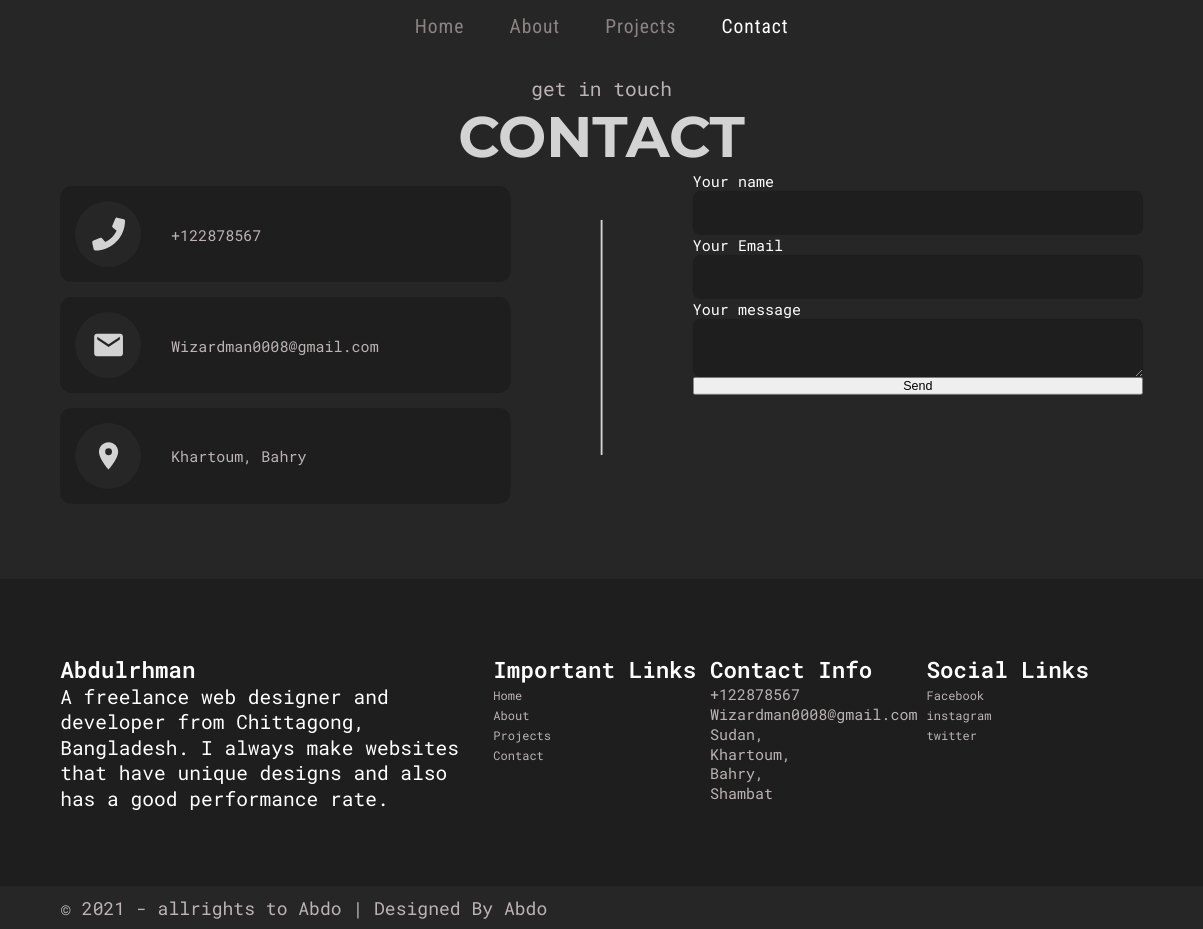
Repository: Abdoulrhman-altyeb/React-Typescript
Page: /contact
An editor plug-in stored every save of this project. The page is shown before and after a run of saves, followed by the edit.
The browser window is 1280 px wide. The pictures show the whole page, at 94% of full size.
The project was rebuilt for these pictures with package versions that can differ from the ones it lists, and the page was loaded fresh each time. Also part of the build but not shown: src/components/Button.tsx, src/components/ContactButton.tsx, src/components/HeroSection.tsx, src/components/AboutSection.tsx, src/assits/data/Services.ts, src/components/ServiceItems.tsx, src/components/ServicesSection.tsx, src/components/ProjectsSection.tsx and 3 more.

Above is the page before, as saved 2021-05-20 17:56:19.

### public/index.html
<!DOCTYPE html>
<html lang="en">

<head>
  <meta charset="utf-8" />
  <meta name="viewport" content="width=device-width, initial-scale=1" />
  <meta name="theme-color" content="#000000" />
  <meta name="description" content="IT Guys Community" />
  <link rel="preconnect" href="https://fonts.gstatic.com">
  <link href="https://fonts.googleapis.com/css2?family=Roboto:wght@300;400;500;700&display=swap" rel="stylesheet">
  <link rel="preconnect" href="https://fonts.gstatic.com">
<link href="https://fonts.googleapis.com/css2?family=Montserrat:wght@200;300;400;500;700&display=swap" rel="stylesheet">
<link rel="preconnect" href="https://fonts.gstatic.com">
<link href="https://fonts.googleapis.com/css2?family=Roboto+Mono:wght@200;300;400;500;600&display=swap" rel="stylesheet">
<link rel="preconnect" href="https://fonts.gstatic.com">
<link href="https://fonts.googleapis.com/css2?family=Roboto+Condensed:wght@400;700&display=swap" rel="stylesheet">
  <title>App Lab</title>
</head>

<body>
  <noscript>You need to enable JavaScript to run this app.</noscript>
  <div id="root"></div>
</body>

</html>

### src/index.tsx
import ReactDOM from "react-dom";
import App from "./App";
import './assits/styles/style.css'

ReactDOM.render(<App/>,document.getElementById("root"));

### src/App.tsx
import React from "react";
import NavBar from './components/NavBar';
import { BrowserRouter as Router, Route, Switch } from 'react-router-dom'
import Home from "./Pages/Home";
import Contact from "./Pages/Contact";
import About from "./Pages/About";
import Projects from "./Pages/Projects";


const App: React.FC = () => {



  return (
    <>
      <Router>
        <NavBar />
        <Switch>
          <Route  path='/' exact>
            <Home />
          </Route>
          <Route path="/contact">
            <Contact />
          </Route>
          <Route path='/about'>
            <About />
          </Route>
          <Route path='/projects'>
              <Projects/>
          </Route>
        </Switch>
      </Router>
    </>
  )
}

export default App;

### src/assits/styles/style.css
* {
    padding:0;
    margin:0;
    box-sizing:border-box;
    scroll-behavior: auto;
}

body {
    background:#262626;
    color:white;
    font-family: 'Roboto Mono', monospace;
}
::-webkit-scrollbar-track {
    background: #1E1E1E;
}
::-webkit-scrollbar {
    width: 8px;
}
::-webkit-scrollbar-thumb {
    background: #888;
    border-radius: 20px;
}




img,svg{
    width: 100%;
    height:100%;
    object-fit: cover;
}
.container {
    width:90%;
    max-width:1200px;
    margin: 0 auto;
}

.hero__img {
    height:600px;
}
ul {
    list-style: none;
}
p, h1, span,h3,a {
    color:#BCB4B4
}
a {
    text-decoration: none;
    font-size:0.8rem;
}

### src/components/NavBar.tsx
import React,{useState} from 'react';
import styled from 'styled-components';
import { NavLink } from 'react-router-dom';
import { BiMenu, BiX } from 'react-icons/bi';


const NavBar: React.FC = () => {

    const [isActive, setIsActive] = useState<boolean>(false);

    return (
        <NavBarContainer>
            <div className="hamburgerMenu"
                onClick={() => setIsActive(!isActive)}
                role='button'
                tabIndex={0}
                onKeyDown={() => setIsActive(!isActive)}
            >
                <BiMenu/>
            </div>
            <ul className={isActive ? 'ListItems' : 'ListItems hide-items'}>
                <div className='closeMenu'
                    onClick={() => setIsActive(!isActive)}
                    role='button'
                    tabIndex={0}
                    onKeyDown={() => setIsActive(!isActive)}
                >
                    <BiX/>
                </div>
                <li>
                    <NavLink to='/' exact>
                     Home
                    </NavLink>
                </li>
                <li>
                    <NavLink to="/about">
                        About
                    </NavLink>
                </li>
                <li>
                    <NavLink to='projects'>
                        Projects
                    </NavLink>
                </li>
                <li>
                    <NavLink to='contact'>
                        Contact
                    </NavLink>
                </li>
            </ul>
        </NavBarContainer>
    )
}

const NavBarContainer = styled.nav`
    position: fixed;
    z-index:100;
    top:0;
    left:0;
    background-color:#262626;
    font-family: 'Roboto Condensed', sans-serif;
    width:100%;
    ul {
        width:90%;
        max-width:1200px;
        justify-content:center;
        text-align:center;
        margin:0 auto;
        border-radius:12px;
    }
    li {
        display:inline-block;
        cursor:pointer;
    }
    a {
        display:inline-block;
        padding:1rem 1.5rem;
        font-size:1.3rem;
        color:#8c8484;
        letter-spacing: 1px;
        transition:0.3s ease color;
        /* &:hover {
            color:#726f6f;
        } */
    }
    .active {
        color:white;
    }

    .hamburgerMenu {
        font-size:2rem;
        position:absolute;
        top:1rem;
        right:1rem;
        color:white;
        display:none;
        * {
            pointer-events:none;
        }
    }
    .closeMenu{
        display:none;
    }
    @media only screen and (max-width:768px) {
        .hide-items{
            transform: translateY(calc(-100% - 1rem))
        }
        .hamburgerMenu{
            display:block;
        }
        .ListItems {
            width:80%;
            max-width:230px;
            position:absolute;
            top:1rem;
            right:1rem;
            background:#1E1E1E;
            padding:1rem;
            transition: 0.3s ease transform;

            .closeMenu {
                color:white;
                font-size:1.5rem;
                width:1rem;
                margin: 0 0 0 auto;
                cursor: pointer;
                display:block;
                *{
                    pointer-events:none;
                }
            }
        }
        li {
            display:block;
            margin-bottom:1rem;
        }
        a {
            /* padding:1rem; */
            padding:0.2rem;
            outline:none;
        }
    }
`;



export default NavBar;

### src/Pages/Contact.tsx
import React from 'react';
import ContactSection from '../components/ContactSecion';
import FooterSection from '../components/FooterSection';

const Contact: React.FC = () => {
    return (
        <>
            <ContactSection/>
            <FooterSection/>
        </>
    )
}

export default Contact;

### src/components/FooterSection.tsx
import React from 'react';
import styled from 'styled-components';
import PaText from './PaText';
import { Link } from 'react-router-dom';

const FooterSection: React.FC = () => {
    return (
        <>
            <StyledDiv>
                <div className="container">
                    <div className="info">
                        <h2>Abdulrhman</h2>
                        <PaText>
                            A freelance web designer and developer from Chittagong,
                            Bangladesh. I always make websites that have unique designs
                            and also has a good performance rate.
                        </PaText>
                    </div>
                    <div className="pages">
                        <h2>Important Links</h2>
                        <ul>
                            <li>
                                <Link to="/">Home</Link>
                            </li>
                            <li>
                                <Link to="/">About</Link>
                            </li>
                            <li>
                                <Link to="/">Projects</Link>
                            </li>
                            <li>
                                <Link to="/">Contact</Link>
                            </li>
                        </ul>
                    </div>
                    <div className="contact_info">
                        <h2>Contact Info</h2>
                        <ul>
                            <li><p>+122878567</p></li>
                            <li><p>Wizardman0008@gmail.com</p></li>
                            <li><p>Sudan,<br></br>Khartoum,<br></br>Bahry,<br></br>Shambat</p></li>
                        </ul>
                    </div>
                    <div className="social_Links">
                        <h2>Social Links</h2>
                        <ul>
                            <li><a href="https://facebook.com" rel='noreferrer'>Facebook</a></li>
                        </ul>
                        <ul>
                            <li><a href="https://instagram.com" rel='noreferrer'>instagram</a></li>
                        </ul>
                        <ul>
                            <li><a href="https://twitter.com" rel='noreferrer'>twitter</a></li>
                        </ul>
                    </div>
                </div>
            </StyledDiv>
            <StyledCopyright>
                <div className="container">
                    <p>© 2021 - allrights to Abdo  | Designed By Abdo</p>
                </div>
            </StyledCopyright>
        </>

    )
}

const StyledDiv = styled.div`
    background:#1E1E1E;
    padding:5rem 0 ;
    .container{
        display:flex;
    }
    .info{
        flex:2;
    }
    .contact_info,
    .pages,
    .social_Links{
        flex:1;
    }
    @media only screen and (max-width:768px) {
        .container{
            flex-direction:column;
        }
    }
`;
const StyledCopyright = styled.div`
    background:#262626;
    padding:10px 0;
    p{
        font-size:1.2rem;
    }

    @media only screen and (max-width:768px) {
        p{
            font-size:0.9rem;
            width:100%;
        }
    }
`;

export default FooterSection

### src/components/ContactSecion.tsx
import React from 'react';
import styled from 'styled-components';
import SectionsTitle from './SectionsTitle';
import { FaPhone } from 'react-icons/fa';
import { IoMdMail } from 'react-icons/io';
import {MdLocationOn} from 'react-icons/md'

const ContactSection: React.FC = () => {
    return (
        <StyledDiv>
            <div className="container">
                <SectionsTitle title='contact' semiTitle='get in touch' />
                <div className="contact-me">
                    <div className="contact-info">
                        <div className="phone">
                            <div className="icon">
                                <FaPhone/>
                            </div>
                            <span> +122878567</span>
                        </div>
                        <div className="mail">
                            <div className="icon">
                                <IoMdMail/>
                            </div>
                            <span>Wizardman0008@gmail.com</span>
                        </div>
                        <div className="location">
                            <div className="icon">
                                <MdLocationOn/>
                            </div>
                            <span>Khartoum, Bahry</span>
                        </div>
                    </div>
                    <div className="linebetween"></div>
                    <form className='form-contact'>
                        <label htmlFor="name">Your name</label>
                        <input className='name' type="text" id='name' />
                        <label htmlFor="email">Your Email</label>
                        <input type="email" id="email" />
                        <label htmlFor="message">Your message</label>
                        <textarea id="message"></textarea>
                        <button type='submit'>Send</button>
                    </form>
                </div>
            </div>
        </StyledDiv>
    )
}
const StyledDiv = styled.div`
    padding:5rem 0;
    text-align: center;
    .container{
        display: flex;
        flex-direction:column;
    }
    .title{
        p{
            font-size:1.3rem;
        }
        h2{
            font-size:3.8rem;
            margin-top:0;
        }
    }
    .contact-me{
        display: flex;
        gap:6rem;
    }
    .contact-info{
        flex:1;
    }
    .phone,
    .mail,
    .location{
        width:100%;
        background:#1E1E1E;
        margin-top:1rem;
        padding:1rem;
        border-radius:12px;
        display: flex;
        align-items: center;
    }
    .icon{
        width:70px;
        height:70px;
        border-radius: 50%;
        display: flex;
        justify-content: center;
        align-items:center;
        margin-right:2rem;
        background:#262626;
    }
    .icon svg{
        width:50%;
        fill: lightgray;
    }
    .linebetween{
        width:2px;
        height:250px;
        background:lightgray;
        align-self:center;
    }

    .form-contact{
        flex:1;
        display: flex;
        flex-direction:column;
        text-align:left;
    }
    .form-contact input, textarea{
        padding:1rem;
        background:#1E1E1E;
        border:none;
        border-radius:8px;
    }
`;

export default ContactSection;

### src/components/PaText.tsx
import styled from 'styled-components'

const PaText: React.FC = ({children}) => {

    return (
        <TextContainer className='par'>
            {children}
        </TextContainer>
    )
}

const TextContainer = styled.div`
    max-width:500px;
    margin:0 auto;
    line-height:1.3em;
    font-family: 'Roboto Mono', monospace;
    font-size:1.3rem;
    @media only screen and (max-width:768px) {
        font-size:1.1rem;
    }
`;

export default PaText

### src/components/SectionsTitle.tsx
import React from 'react';
import styled from 'styled-components';

const SectionsTitle:React.FC<SectionTitle> = ({title,semiTitle}) => {
    return (
        <StyledSectionTitle className='title'>
            <p>{semiTitle}</p>
            <h2>{title}</h2>
        </StyledSectionTitle>
    )
}

const StyledSectionTitle = styled.div`
    P{
        font-size:1.5rem;
    }
    h2{
        font-size:3.8rem;
        font-family: 'Montserrat', sans-serif;
        text-transform:uppercase;
        margin-top:0.7rem;
        color:lightgray;
    }
    @media only screen and (max-width:768px){
        p{
            font-size:1rem;
        }
        h2{
            font-size:2rem;

        }
    }
`;

export default SectionsTitle;

After the next 2 saves:
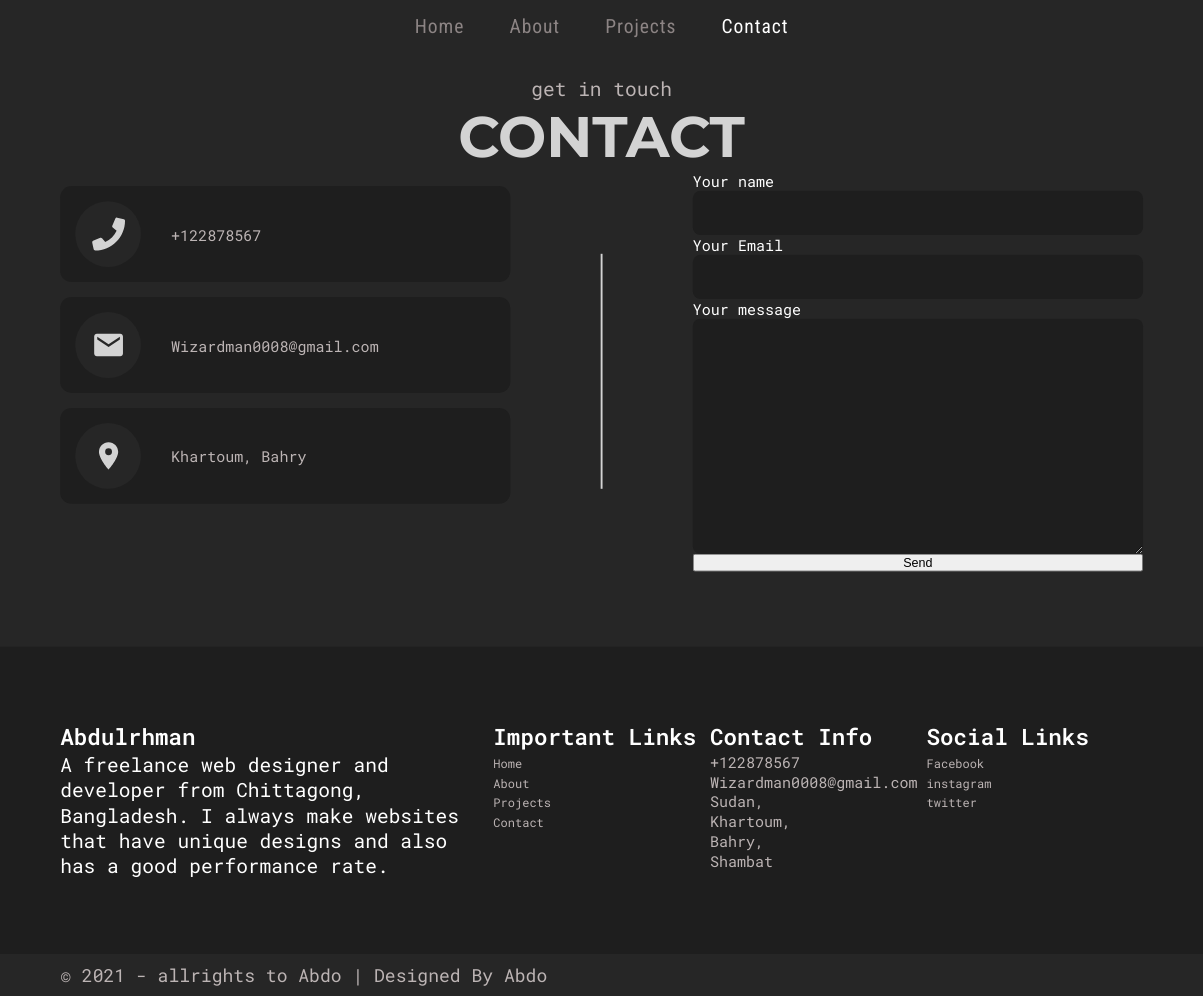
The 2 saves are shown as one change because they came seconds apart.
The last was saved 26 s later.
--- a/src/components/ContactSecion.tsx
+++ b/src/components/ContactSecion.tsx
@@ -113,6 +113,9 @@ const StyledDiv = styled.div`
         border:none;
         border-radius:8px;
     }
+    .form-contact textarea {
+        height:250px;
+    }
 `;
 
 export default ContactSection;
